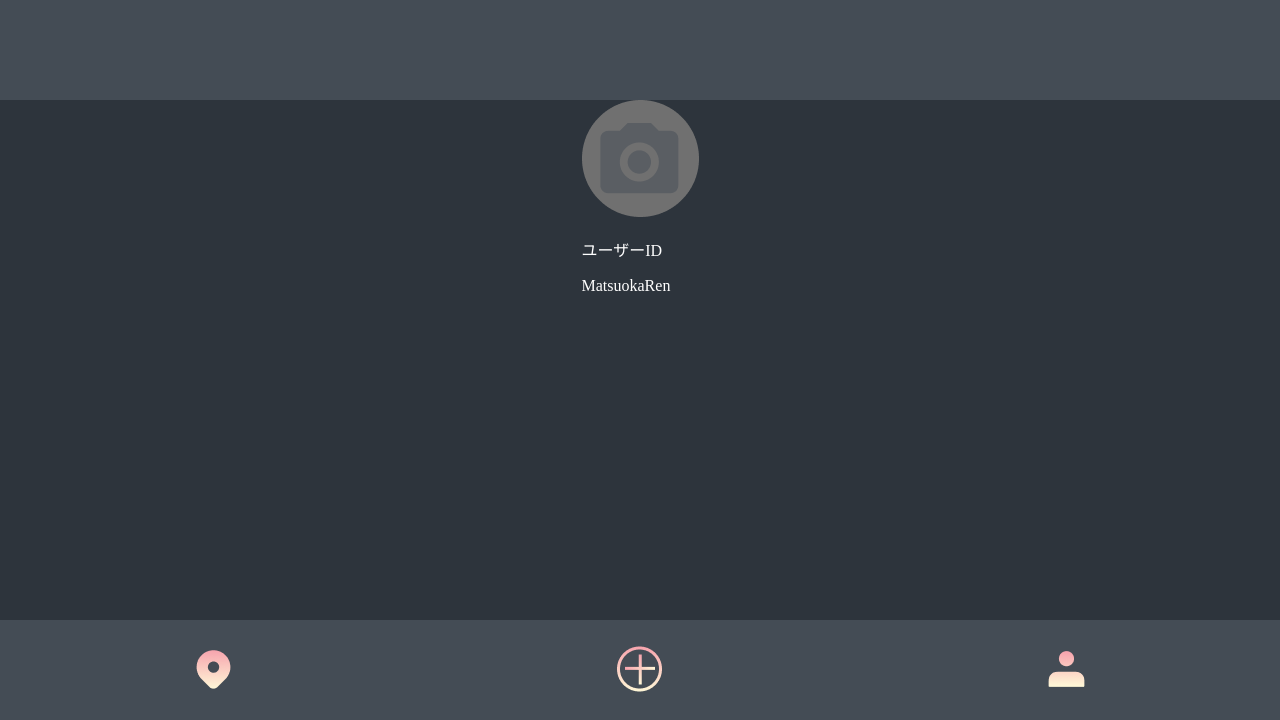
Repository: ren0714poo/respos
Page: edit.html
An editor plug-in stored every save of this project. The page is shown before and after the next save, followed by the edit.
The browser window is 1280 px wide. The pictures show the whole page.

Above is the page before, as saved 2025-07-17 13:47:39.

### edit.html
<!DOCTYPE html>
<html lang="ja">
<head>
  <meta charset="UTF-8">
  <meta name="viewport" content="width=device-width, initial-scale=1.0">
  <title>respos_edit</title>
  <link rel="stylesheet" href="css/edit.css">
</head>
<body>
  <header>
  </header>

  <main>
    <div class="edit">
      <img class="edit_img" src="img/camera_chenge.png" alt="カエラ変更">
      <p>ユーザーID</p>
      <p>MatsuokaRen</p>
    </div>
  </main>

  <footer>
    <button type="button" id="pin" onclick="location.href='top.html'"><img src="img/tabler_map-pin-filled.png" alt="ピン"></button>
    <button type="button"><img src="img/post.png" alt="投稿"></button>
    <button type="button" id="profile" onclick="location.href='profile.html'"><img src="img/icon-park-solid_people.png" alt="プロフィール"></button>
  </footer>

</body>
</html>

### css/edit.css
@media screen and (max-width:480px){


}

html, body {
  color: white;
  background: #2D343C;
  height: 100%;
  margin: 0;
  padding: 0;
  display: grid;
  grid-template-rows: 100px calc(100vh - 200px) 100px;
  grid-template-areas:
  "header"
  "main"
  "footer"
  ;
}



header{
  width: 100%;
  height: 100px;
  background: #444C55;
  display: flex;
  grid-area: header;
}




main{
  width: 100%;
  height: 100%;
  display: flex;
  justify-content: center;
  grid-area: main;
}










footer {
  background: #444C55;
  display: flex;
  justify-content: space-around;
  align-items: center;
}

footer button {
  background: transparent;
  border: none;
}

After the next save:
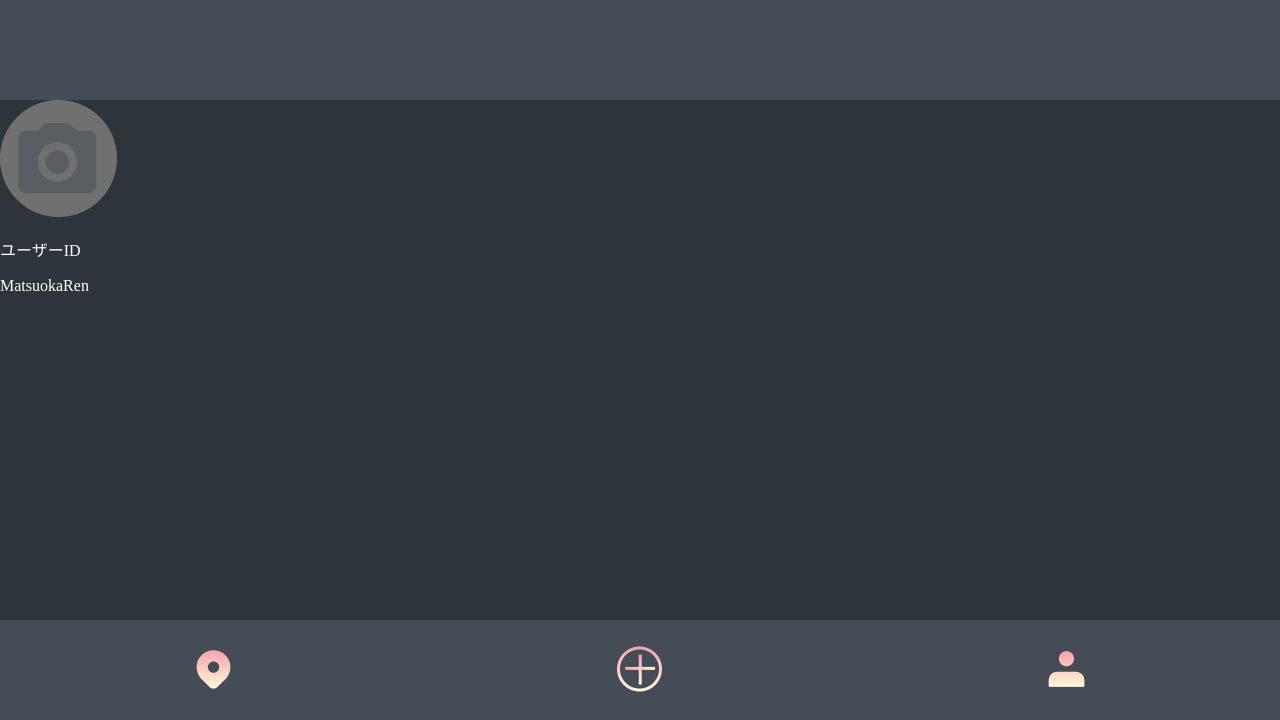
Saved 8 s later.
--- a/css/edit.css
+++ b/css/edit.css
@@ -34,8 +34,6 @@ header{
 main{
   width: 100%;
   height: 100%;
-  display: flex;
-  justify-content: center;
   grid-area: main;
 }
 
